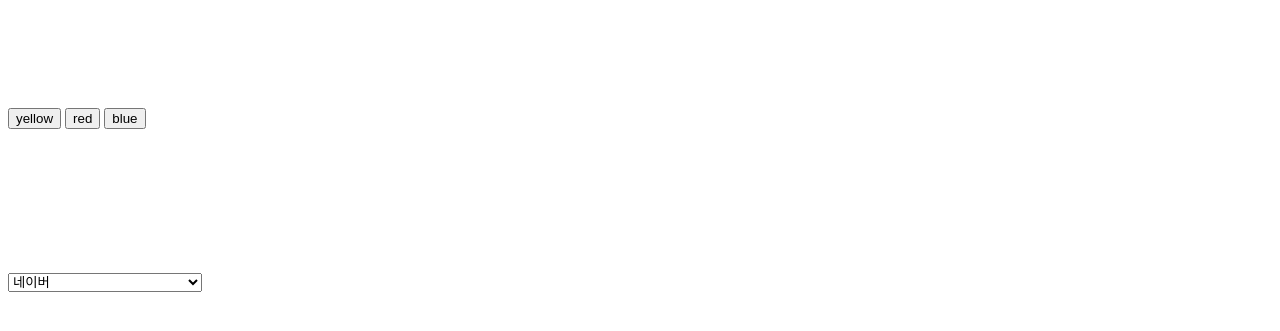
Repository: mjh1583/Hustar03_eGov
Page: http://localhost/JavaScript/js007.jsp
These files come from the project's save history. The page is drawn as it stood at one moment and after the next save; the edit follows.
The browser window is 1280 px wide. The pictures show the whole page.
The page is served by Tomcat 9.

Above is the page before, as saved 2021-05-06 07:48:45.

### workspace/JavaScript/src/main/webapp/js007.jsp
<%@ page language="java" contentType="text/html; charset=UTF-8"
    pageEncoding="UTF-8"%>
<!DOCTYPE html>
<html>
<head>
	<meta charset="UTF-8">
	<title>jQuery 이벤트</title>
</head>
<body>
	<div style="width: 100px; height: 100px;" id="contentsArea">

	</div>
	<input type="button" class="btn" value="yellow" w="200px" h="300px"/>
	<input type="button" class="btn" value="red" w="150px" h="200px"/>
	<input type="button" class="btn" value="blue" w="500px" h="1000px"/>

	<br><br><br><br><br><br><br><br><br>
	<div>
		<select id="select" name="select">
			<option value="https://www.naver.com">네이버</option>
			<option value="https://www.daum.net">다음</option>
			<option value="https://www.google.com">구글</option>
			<option value="">=== 사이트를 선택하세요. ===</option>
		</select>
	</div>

	<script src="https://code.jquery.com/jquery-3.6.0.js"></script>
	<script type="text/javascript">
		$('.btn').bind('click', function() {
			$('#contentsArea').css('background-color', $(this).val());
			$('#contentsArea').css('width', $(this).attr('w'));
			$('#contentsArea').css('height', $(this).attr('h'));
		});

		$('#select').bind('change', function() {
			alert($(this).val());
		});
	</script>
</body>
</html>

After the next save:
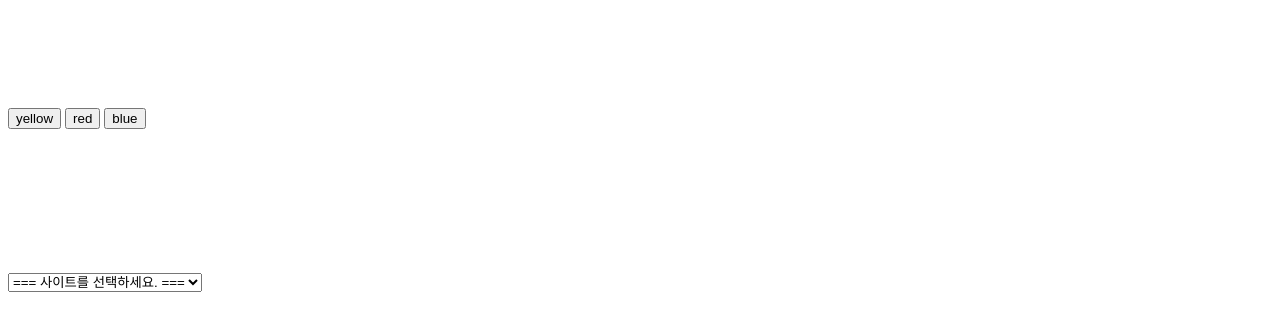
Saved 21 s later.
--- a/workspace/JavaScript/src/main/webapp/js007.jsp
+++ b/workspace/JavaScript/src/main/webapp/js007.jsp
@@ -17,10 +17,10 @@
 	<br><br><br><br><br><br><br><br><br>
 	<div>
 		<select id="select" name="select">
+			<option value="">=== 사이트를 선택하세요. ===</option>
 			<option value="https://www.naver.com">네이버</option>
 			<option value="https://www.daum.net">다음</option>
 			<option value="https://www.google.com">구글</option>
-			<option value="">=== 사이트를 선택하세요. ===</option>
 		</select>
 	</div>
 
